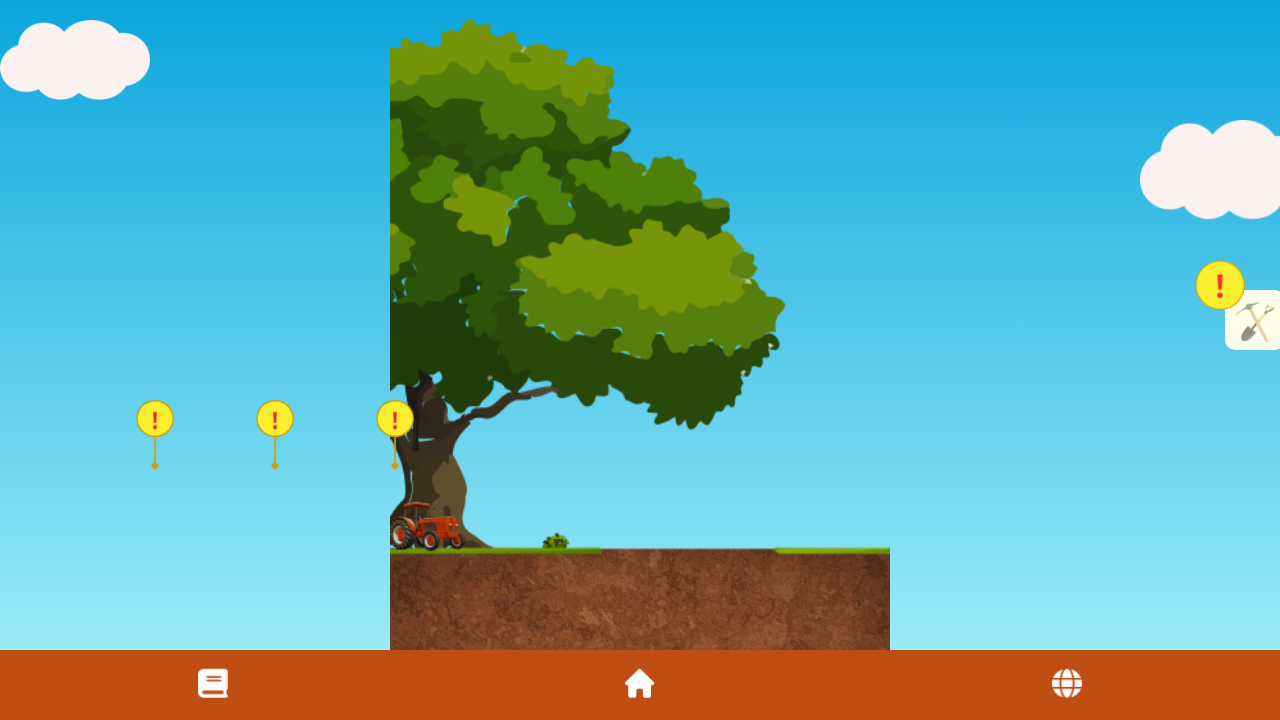
Repository: kobuchisouta/kome-app
Page: /
The author's editor kept a copy of each file at every save. The page is drawn from the files as they stood at one save, then again after the next save.
The browser window is 1280 px wide. The pictures show the whole page.
The project was rebuilt for these pictures with package versions that can differ from the ones it lists, and the page was loaded fresh each time. The framework's server and built-in components were replaced by stand-ins that run in the browser. Also part of the build but not shown: next.config.ts.

Above is the page before, as saved 2025-01-29 11:10:36.

### src/app/layout.tsx
import type { Metadata } from "next";
import localFont from "next/font/local";
import "./globals.css";
import Footer from "./components/footer/Footer";

const geistSans = localFont({
  src: "./fonts/GeistVF.woff",
  variable: "--font-geist-sans",
  weight: "100 900",
});
const geistMono = localFont({
  src: "./fonts/GeistMonoVF.woff",
  variable: "--font-geist-mono",
  weight: "100 900",
});

export const metadata: Metadata = {
  title: "Create Next App",
  description: "Generated by create next app",
};

export default function RootLayout({
  children,
}: Readonly<{
  children: React.ReactNode;
}>) {
  return (
    <html lang="ja">
      <body>
        <header>
        </header>
        <main>

          {children}
        </main>
        <Footer />
      </body>
    </html>

  );
}

### src/app/page.tsx
"use client";
import Head from 'next/head';
import Image from 'next/image';
import { useState } from 'react';
import styles from './page.module.css'; // モジュールCSS
import Link from 'next/link';

export default function Home() {
  const [isModalOpen, setIsModalOpen] = useState(false);

  const openModal = () => setIsModalOpen(true);
  const closeModal = () => setIsModalOpen(false);

  return (
    <>
      <Head>
        <title>米⭐︎すたー</title>
        <meta name="viewport" content="width=device-width,initial-scale=1.0,minimum-scale=1.0" />
        <meta name="description" content="ここに説明文を設定" />
      </Head>

      <main className={styles.main}>
        <div className={styles.contents}>
          <div className={styles.clouds}>
            <p className={styles.cloud1}>
              <Image src="/cloud1.png" alt="雲" width={150} height={80} />
            </p>
            <p className={styles.cloud2}>
              <Image src="/cloud2.png" alt="雲" width={170} height={100} />
            </p>
          </div>

          <div className={styles.tools}>
            <div className={styles.toolBar}>
              <p>
                <Image src="/tools.png" alt="道具" width={50} height={50} />
              </p>
            </div>
            <div className={styles.lookUp}>
              <p>
                <Image src="/pickup.png" alt="見て" width={50} height={50} />
              </p>
            </div>
          </div>

          <div className={styles.stages}>
            <div className={styles.stagePick}>
              <a className={`${styles.stage} ${styles.modalOpen}`} onClick={openModal}>
                <Image src="/pick.png" alt="クリック" width={70} height={70} />
              </a>
              <a className={`${styles.stage} ${styles.modalOpen}`} onClick={openModal}>
                <Image src="/pick.png" alt="クリック" width={70} height={70} />
              </a>
              <a className={`${styles.stage} ${styles.modalOpen}`} onClick={openModal}>
                <Image src="/pick.png" alt="クリック" width={70} height={70} />
              </a>
            </div>

            {isModalOpen && (
              <div className={styles.modal}>
                <div className={styles.modalInner}>
                  <div className={styles.modalContent}>
                    <div className={styles.modalHeader}>
                      <h1>土地選びと購入準備</h1>
                    </div>
                    <div className={styles.modalBody}>
                      <Link href={"/home"}>エリア調査</Link>
                      <Link href={"/home"}>土地の購入</Link>
                      <a href="#">土地の整地</a>
                      <a href="#">水利権の確認</a>
                      <a href="#">情報収集</a>
                    </div>
                    <div className={styles.modalFooter}>
                      <span className={styles.modalClose} onClick={closeModal}>
                        閉じる
                      </span>
                    </div>
                  </div>
                </div>
              </div>
            )}

            <div className={styles.stageImg}>
              <a className={styles.stage1}>
                <Image src="/ine.png" alt="稲" width={50} height={50} />
              </a>
              <a className={styles.stage2}>
                <Image src="/makimaki.png" alt="田植え" width={70} height={70} />
              </a>
              <a className={styles.stage3}>
                <Image src="/sawasawa.png" alt="手入れ" width={70} height={70} />
              </a>
            </div>
          </div>
        </div>
      </main>
    </>
  );
}

### src/app/globals.css
* {
	margin: 0;
	padding: 0;
	box-sizing: border-box;
}
body {
	color: var(--foreground);
	background: var(--background);
	font-family: Arial, Helvetica, sans-serif;
	-webkit-font-smoothing: antialiased;
	-moz-osx-font-smoothing: grayscale;
	display: flex;
	flex-direction: column;
	width: 100%;
	height: 100%;
	margin: 0 auto;
}

* {
	box-sizing: border-box;
	text-decoration: none;
	list-style: none;
}

html {
	width: 100%;
	height: 100vh;
}

### src/app/components/footer/Footer.tsx

import Image from 'next/image';
import styles from './style.module.css';

export default function Footer() {
    return (
        <footer className={styles.footer}>
            <a href='/book' className={styles.book}>
                <Image src="/book.png" alt="book" width={30} height={30} />
            </a>
            <a href='/' className={styles.home}>
                <Image src="/house.png" alt="house" width={30} height={30} />
            </a>
            <a href='/news' className={styles.globe}>
                <Image src="/globe.png" alt="globe" width={30} height={30} />
            </a>
        </footer>
    );
}

### src/app/page.module.css
.main {
	background: url("/tree.png"), linear-gradient(#0ba5dd 0%, #aaf3fa 100%);
	background-repeat: no-repeat, no-repeat;
	background-position: bottom, center; /* 画像を中央に配置 */
	background-size: 500px 700px, auto; /* グラデーションは自動サイズ、画像はカバー */
	width: 100%;
	height: 100vh;
	position: fixed;
}

.contents {
	z-index: 100;
}

.clouds {
	.cloud1 {
		position: absolute;
		top: 20px;
	}

	.cloud2 {
		position: absolute;
		top: 120px;
		right: -30px;
	}
}
.tools {
	background: #fffee9;
	border-radius: 10px;
	width: 60px;
	height: 60px;
	position: absolute;
	right: -5px;
	top: 290px;

	.toolBar img {
		position: absolute;
		top: 8px;
		left: 4px;
	}

	.lookUp img {
		position: absolute;
		left: -30px;
		top: -30px;
	}
}

.stages {
	.stageImg {
		position: relative;
		display: flex;
		gap: 50px;
		top: 692px;
		left: 130px;
	}

	.stagePick {
		position: absolute;
		bottom: 220px;
		left: 120px;
		display: flex;
		gap: 20px;
		align-items: flex-end;
		background-color: transparent; /* 必要に応じて透明に設定 */
	}
	.stagePick:hover {
		animation: poyopoyo 2s ease-out infinite;
		opacity: 1;
	}
	@keyframes poyopoyo {
		0%,
		40%,
		60%,
		80% {
			transform: scale(1.0);
		}
		50%,
		70% {
			transform: scale(0.95);
		}
	}

	.stagePick {
		background-color: none;
	}

	.stage {
		position: relative;
		width: 100px;
		height: 100px;
	}
	.stage img {
		object-fit: contain;
	}
}

.modal {
	position: fixed;
	top: 0;
	left: 0;
	width: 100%;
	height: 100%;
	background-color: rgba(0, 0, 0, 0.5);
	display: flex;
	justify-content: center;
	align-items: center;
	z-index: 1000;
}

.modalInner {
	background-color: #f2ac3b;
	padding: 20px;
	border-radius: 10px;
	width: 80%;
	max-width: 500px;
}

.modalHeader,
.modalBody,
.modalFooter {
	margin-bottom: 10px;
	display: flex;
	justify-content: center;
	align-items: center;
	flex-direction: column;
	gap: 10px;
}

.modalHeader h1 {
	color: #fff;
	font-size: 1.5rem;
}

.modalBody a {
	color: #fff;
	border: #fff solid 1px;
	width: 100%;
	height: 50px;
	font-weight: bold;
	text-align: center;
	line-height: 50px;
	border-radius: 8px;
}

.modalClose {
	width: 150px;
	height: 50px;
	border-radius: 8px;
	text-align: center;
	line-height: 50px;
	background: #fff;
}
@keyframes modalopen {
	from {
		opacity: 0;
	}
	to {
		opacity: 1;
	}
}

.modal-header h1 {
	margin: 1rem 0;
}

.modal-close {
	font-size: 1.8rem;
}

.modal-close:hover {
	cursor: pointer;
}

### src/app/components/footer/style.module.css
.footer {
	width: 100%;
	height: 70px;
	display: flex;
	justify-content: space-around;
	align-items: center;
	background: #be4e14;
	z-index: 100;
	position: fixed;
	bottom: 0;
}

After the next save:
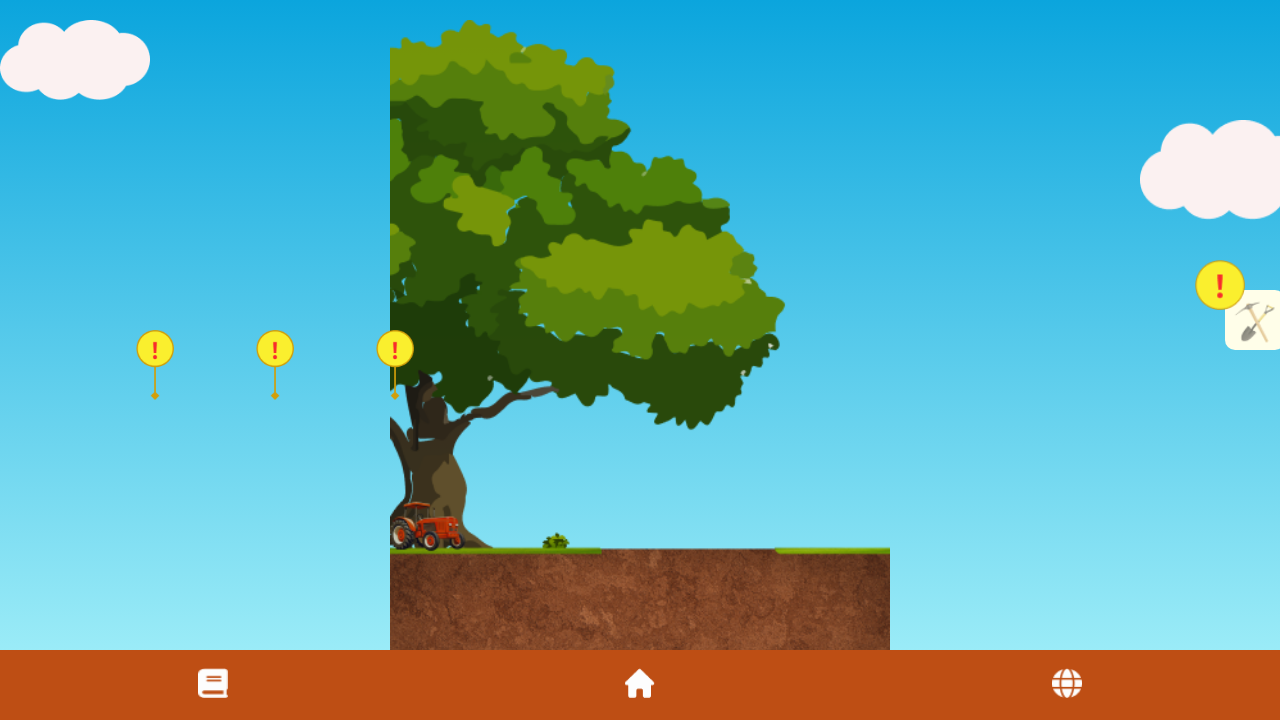
Saved 3 min 20 s later.
--- a/src/app/page.module.css
+++ b/src/app/page.module.css
@@ -91,7 +91,9 @@
 		height: 100px;
 	}
 	.stage img {
+		position: absolute;
 		object-fit: contain;
+		bottom: 100px;
 	}
 }
 

After the save that followed:
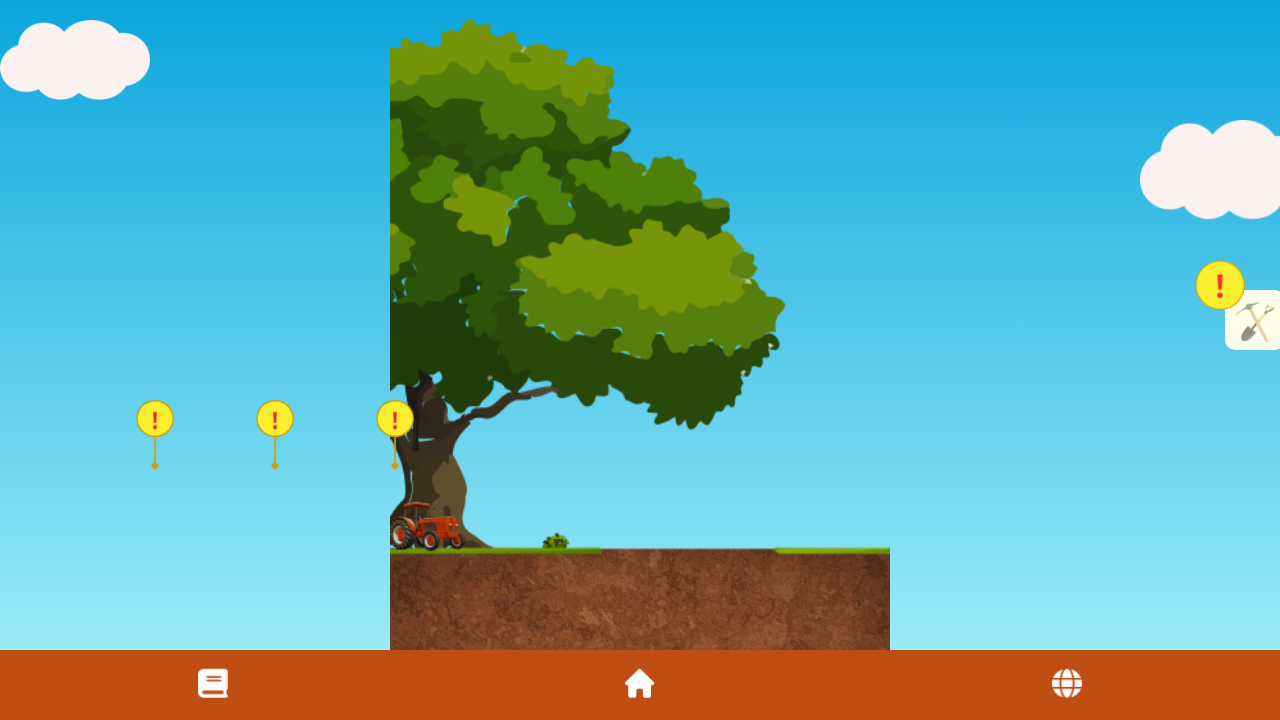
Saved 23 s later.
--- a/src/app/page.module.css
+++ b/src/app/page.module.css
@@ -93,7 +93,6 @@
 	.stage img {
 		position: absolute;
 		object-fit: contain;
-		bottom: 100px;
 	}
 }
 
